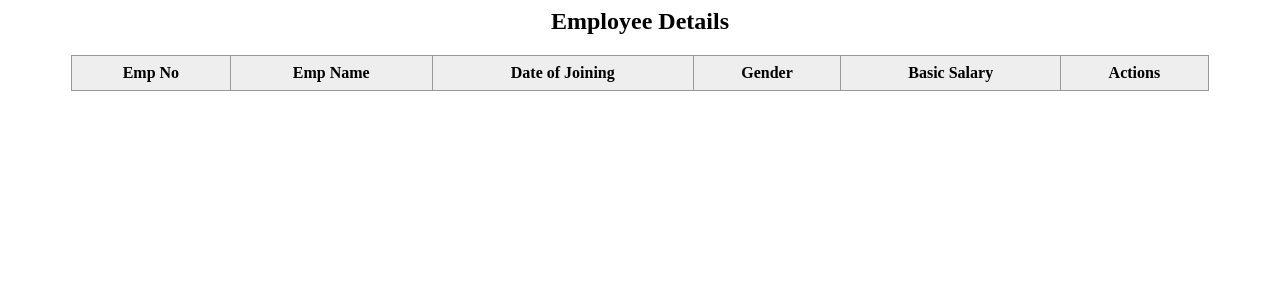
Repository: KUSUMA-74/Advance-JavaProject
Page: http://localhost/EmployeeWebApp/DisplayEmployeeServlet
An editor plug-in stored every save of this project. The page is shown before and after the next save, followed by the edit.
The browser window is 1280 px wide. The pictures show the whole page.
The page is served by Tomcat 9. Other server files are loaded and not shown. Queries for data that is not in the repository find no rows.

Above is the page before, as saved 2025-05-30 06:35:04.

### EmployeeWebApp/src/main/webapp/empdisplay.jsp
<%@ page contentType="text/html;charset=UTF-8" language="java" %>
<%@ taglib uri="http://java.sun.com/jsp/jstl/core" prefix="c" %>
<html>
<head>
    <title>Employee Details</title>
    <style>
        .msg {
            color: green;
            font-weight: bold;
            margin: 10px 0;
            text-align: center;
        }
        table {
            width: 90%;
            border-collapse: collapse;
            margin: 20px auto;
        }
        th, td {
            border: 1px solid #999;
            padding: 8px;
            text-align: center;
        }
        th {
            background-color: #eee;
        }
    </style>
</head>
<body>
<h2 align="center">Employee Details</h2>

<!-- Success Message -->
<c:if test="${not empty msg}">
    <div class="msg">${msg}</div>
</c:if>

<table align="center">
    <thead>
        <tr>
            <th>Emp No</th>
            <th>Emp Name</th>
            <th>Date of Joining</th>
            <th>Gender</th>
            <th>Basic Salary</th>
            <th>Actions</th>
        </tr>
    </thead>
    <tbody>
    <c:forEach var="emp" items="${employees}">
        <tr>
            <td>${emp.empno}</td>
            <td>${emp.empName}</td>
            <td>${emp.doj}</td>
            <td>${emp.gender}</td>
            <td>${emp.bsalary}</td>
            <td>
                <a href="UpdateEmployeeServlet?empno=${emp.empno}">Update</a> |
                <a href="DeleteEmployeeServlet?empno=${emp.empno}" onclick="return confirm('Are you sure?')">Delete</a>
            </td>
        </tr>
    </c:forEach>
    </tbody>
</table>
</body>
</html>

### EmployeeWebApp/src/main/java/com/servlet/DisplayEmployeeServlet.java
package com.servlet;

import com.dao.EmployeeDAO;
import com.model.Employee;
import javax.servlet.*;
import javax.servlet.annotation.WebServlet;
import javax.servlet.http.*;
import java.io.IOException;
import java.util.List;

@WebServlet("/DisplayEmployeeServlet")
public class DisplayEmployeeServlet extends HttpServlet {
    protected void doGet(HttpServletRequest req, HttpServletResponse res) throws ServletException, IOException {
        List<Employee> list = new EmployeeDAO().getAllEmployees();
        req.setAttribute("employees", list);

        HttpSession session = req.getSession(false);
        if (session != null) {
            String msg = (String) session.getAttribute("msg");
            if (msg != null) {
                req.setAttribute("msg", msg);
                session.removeAttribute("msg");
            }
        }

        RequestDispatcher rd = req.getRequestDispatcher("empdisplay.jsp");
        rd.forward(req, res);
    }
}

### EmployeeWebApp/src/main/java/com/dao/EmployeeDAO.java
package com.dao;

import com.model.Employee;
import java.sql.*;
import java.util.*;

public class EmployeeDAO {
    public Connection getConnection() throws Exception {
        Class.forName("com.mysql.cj.jdbc.Driver");
        return DriverManager.getConnection("jdbc:mysql://localhost:3306/yourdbname", "root", "yourpassword");
    }

    public List<Employee> getAllEmployees() {
        List<Employee> list = new ArrayList<>();
        try (Connection conn = getConnection();
             PreparedStatement ps = conn.prepareStatement("SELECT * FROM Employee");
             ResultSet rs = ps.executeQuery()) {

            while (rs.next()) {
                Employee emp = new Employee();
                emp.setEmpno(rs.getInt("Empno"));
                emp.setEmpName(rs.getString("EmpName"));
                emp.setDoj(rs.getString("DoJ"));
                emp.setGender(rs.getString("Gender"));
                emp.setBsalary(rs.getDouble("Bsalary"));
                list.add(emp);
            }

        } catch (Exception e) {
            e.printStackTrace();
        }
        return list;
    }

    public boolean addEmployee(Employee emp) {
        try (Connection conn = getConnection();
             PreparedStatement ps = conn.prepareStatement("INSERT INTO Employee VALUES (?, ?, ?, ?, ?)") ) {
            ps.setInt(1, emp.getEmpno());
            ps.setString(2, emp.getEmpName());
            ps.setString(3, emp.getDoj());
            ps.setString(4, emp.getGender());
            ps.setDouble(5, emp.getBsalary());
            return ps.executeUpdate() > 0;
        } catch (Exception e) {
            e.printStackTrace();
            return false;
        }
    }

    public boolean deleteEmployee(int empno) {
        try (Connection conn = getConnection();
             PreparedStatement ps = conn.prepareStatement("DELETE FROM Employee WHERE Empno = ?")) {
            ps.setInt(1, empno);
            return ps.executeUpdate() > 0;
        } catch (Exception e) {
            e.printStackTrace();
            return false;
        }
    }

    public Employee getEmployeeById(int empno) {
        try (Connection conn = getConnection();
             PreparedStatement ps = conn.prepareStatement("SELECT * FROM Employee WHERE Empno = ?")) {
            ps.setInt(1, empno);
            ResultSet rs = ps.executeQuery();
            if (rs.next()) {
                Employee emp = new Employee();
                emp.setEmpno(rs.getInt("Empno"));
                emp.setEmpName(rs.getString("EmpName"));
                emp.setDoj(rs.getString("DoJ"));
                emp.setGender(rs.getString("Gender"));
                emp.setBsalary(rs.getDouble("Bsalary"));
                return emp;
            }
        } catch (Exception e) {
            e.printStackTrace();
        }
        return null;
    }

    public boolean updateEmployee(Employee emp) {
        try (Connection conn = getConnection();
             PreparedStatement ps = conn.prepareStatement("UPDATE Employee SET EmpName=?, DoJ=?, Gender=?, Bsalary=? WHERE Empno=?")) {
            ps.setString(1, emp.getEmpName());
            ps.setString(2, emp.getDoj());
            ps.setString(3, emp.getGender());
            ps.setDouble(4, emp.getBsalary());
            ps.setInt(5, emp.getEmpno());
            return ps.executeUpdate() > 0;
        } catch (Exception e) {
            e.printStackTrace();
            return false;
        }
    }

    public List<Employee> getEmployeesByGender(String gender) {
        List<Employee> list = new ArrayList<>();
        try (Connection conn = getConnection();
             PreparedStatement ps = conn.prepareStatement("SELECT * FROM Employee WHERE Gender = ?")) {
            ps.setString(1, gender);
            ResultSet rs = ps.executeQuery();
            while (rs.next()) {
                Employee emp = new Employee();
                emp.setEmpno(rs.getInt("Empno"));
                emp.setEmpName(rs.getString("EmpName"));
                emp.setDoj(rs.getString("DoJ"));
                emp.setGender(rs.getString("Gender"));
                emp.setBsalary(rs.getDouble("Bsalary"));
                list.add(emp);
            }
        } catch (Exception e) {
            e.printStackTrace();
        }
        return list;
    }
}

After the next save:
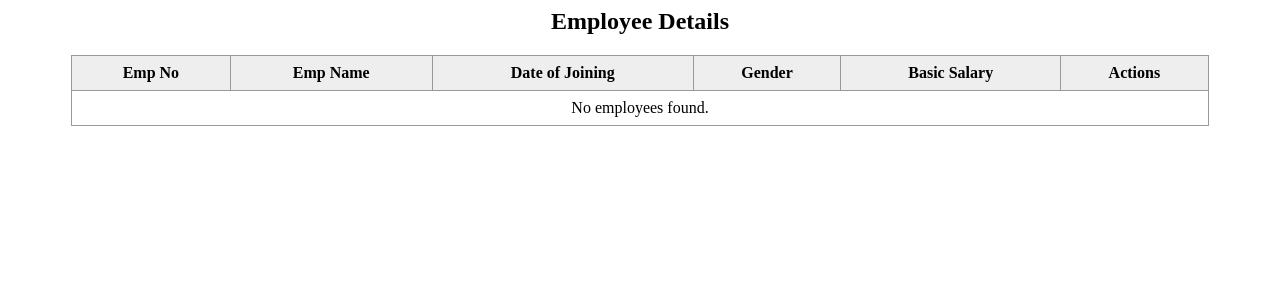
Saved 4 min 8 s later.
--- a/EmployeeWebApp/src/main/webapp/empdisplay.jsp
+++ b/EmployeeWebApp/src/main/webapp/empdisplay.jsp
@@ -1,5 +1,6 @@
+<%@ page import="java.util.List" %>
+<%@ page import="com.model.Employee" %>
 <%@ page contentType="text/html;charset=UTF-8" language="java" %>
-<%@ taglib uri="http://java.sun.com/jsp/jstl/core" prefix="c" %>
 <html>
 <head>
     <title>Employee Details</title>
@@ -26,13 +27,20 @@
     </style>
 </head>
 <body>
+
 <h2 align="center">Employee Details</h2>
 
-<!-- Success Message -->
-<c:if test="${not empty msg}">
-    <div class="msg">${msg}</div>
-</c:if>
+<!-- Show message if exists -->
+<%
+    String msg = (String) request.getAttribute("msg");
+    if (msg != null) {
+%>
+    <div class="msg"><%= msg %></div>
+<%
+    }
+%>
 
+<!-- Fetch and display employee list -->
 <table align="center">
     <thead>
         <tr>
@@ -45,20 +53,32 @@
         </tr>
     </thead>
     <tbody>
-    <c:forEach var="emp" items="${employees}">
+<%
+    List<Employee> employees = (List<Employee>) request.getAttribute("employees");
+    if (employees != null && !employees.isEmpty()) {
+        for (Employee emp : employees) {
+%>
         <tr>
-            <td>${emp.empno}</td>
-            <td>${emp.empName}</td>
-            <td>${emp.doj}</td>
-            <td>${emp.gender}</td>
-            <td>${emp.bsalary}</td>
+            <td><%= emp.getEmpno() %></td>
+            <td><%= emp.getEmpName() %></td>
+            <td><%= emp.getDoj() %></td>
+            <td><%= emp.getGender() %></td>
+            <td><%= emp.getBsalary() %></td>
             <td>
-                <a href="UpdateEmployeeServlet?empno=${emp.empno}">Update</a> |
-                <a href="DeleteEmployeeServlet?empno=${emp.empno}" onclick="return confirm('Are you sure?')">Delete</a>
+                <a href="UpdateEmployeeServlet?empno=<%= emp.getEmpno() %>">Update</a> |
+                <a href="DeleteEmployeeServlet?empno=<%= emp.getEmpno() %>" onclick="return confirm('Are you sure?')">Delete</a>
             </td>
         </tr>
-    </c:forEach>
+<%
+        }
+    } else {
+%>
+        <tr><td colspan="6">No employees found.</td></tr>
+<%
+    }
+%>
     </tbody>
 </table>
+
 </body>
 </html>
